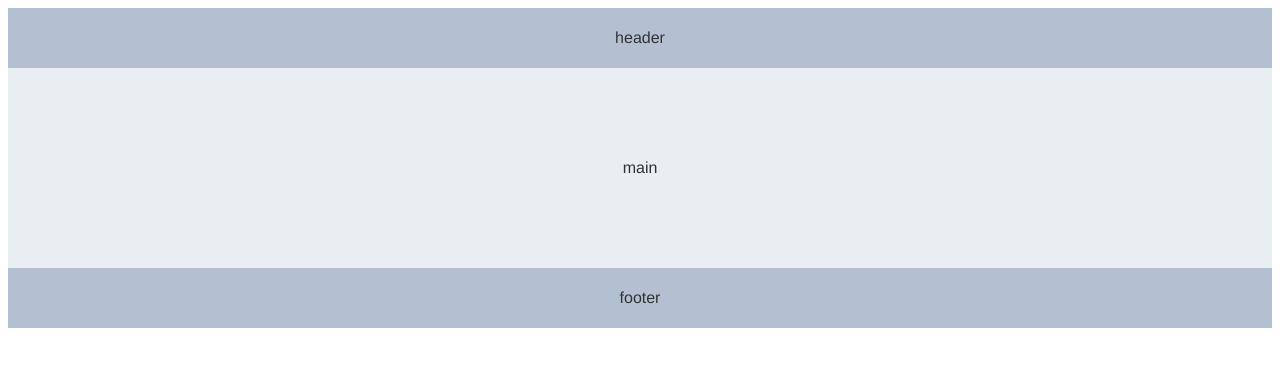
Repository: lagezhou888/element-vue2
Page: /#/button
An editor plug-in stored every save of this project. The page is shown before and after the next save, followed by the edit.
The browser window is 1280 px wide. The pictures show the whole page.
The project was rebuilt for these pictures with package versions that can differ from the ones it lists, and the page was loaded fresh each time. Also part of the build but not shown: src/components/HelloWorld.vue, src/views/Home.vue.

Above is the page before, as saved 2021-05-13 13:52:52.

### src/main.js
import Vue from 'vue'
import ElementUI from 'element-ui'
import 'element-ui/lib/theme-chalk/index.css'
import App from './App.vue'

// fade/zoom 等
import 'element-ui/lib/theme-chalk/base.css'
// collapse 展开折叠
import CollapseTransition from 'element-ui/lib/transitions/collapse-transition'

import router from './router'
import store from './store'
import '@/plugins/element.js'

Vue.component(CollapseTransition.name, CollapseTransition)
Vue.use(ElementUI, { size: 'small', zIndex: 3000 })
Vue.use(ElementUI)
Vue.config.productionTip = false

new Vue({
  router,
  store,
  render: h => h(App)
}).$mount('#app')

### src/App.vue
<template>
  <div id="app">
    <!-- <div id="nav">
      <router-link to="/">Home</router-link> |
      <router-link to="/about">About</router-link>
    </div> -->
    <router-view/>
  </div>
</template>

<style lang="less">
#app {
  font-family: Avenir, Helvetica, Arial, sans-serif;
  -webkit-font-smoothing: antialiased;
  -moz-osx-font-smoothing: grayscale;
  text-align: center;
  color: #2c3e50;
}

#nav {
  padding: 30px;

  a {
    font-weight: bold;
    color: #2c3e50;

    &.router-link-exact-active {
      color: #42b983;
    }
  }
}
</style>

### src/router/index.js
import Vue from 'vue'
import VueRouter from 'vue-router'
import Home from '../views/Home.vue'

Vue.use(VueRouter)

const routes = [
  {
    path: '/',
    name: 'Home',
    component: Home
  },
  {
    path: '/about',
    name: 'About',
    // route level code-splitting
    // this generates a separate chunk (about.[hash].js) for this route
    // which is lazy-loaded when the route is visited.
    component: () => import(/* webpackChunkName: "about" */ '../views/About.vue')
  },
  {
    path: '/button',
    name: 'button',
    component: () => import('../views/components/use-button.vue')
  }
]

const router = new VueRouter({
  routes
})

export default router

### src/plugins/element.js
import Vue from 'vue'
import {
  Pagination,
  Dialog,
  Autocomplete,
  Dropdown,
  DropdownMenu,
  DropdownItem,
  Menu,
  Submenu,
  MenuItem,
  MenuItemGroup,
  Input,
  InputNumber,
  Radio,
  RadioGroup,
  RadioButton,
  Checkbox,
  CheckboxButton,
  CheckboxGroup,
  Switch,
  Select,
  Option,
  OptionGroup,
  Button,
  ButtonGroup,
  Table,
  TableColumn,
  DatePicker,
  TimeSelect,
  TimePicker,
  Popover,
  Tooltip,
  Breadcrumb,
  BreadcrumbItem,
  Form,
  FormItem,
  Tabs,
  TabPane,
  Tag,
  Tree,
  Alert,
  Slider,
  Icon,
  Row,
  Col,
  Upload,
  Progress,
  Spinner,
  Badge,
  Card,
  Rate,
  Steps,
  Step,
  Carousel,
  CarouselItem,
  Collapse,
  CollapseItem,
  Cascader,
  ColorPicker,
  Transfer,
  Container,
  Header,
  Aside,
  Main,
  Footer,
  Timeline,
  TimelineItem,
  Link,
  Divider,
  Image,
  Calendar,
  Backtop,
  PageHeader,
  CascaderPanel,
  Loading,
  MessageBox,
  Message,
  Notification
} from 'element-ui'

Vue.use(Pagination)
Vue.use(Dialog)
Vue.use(Autocomplete)
Vue.use(Dropdown)
Vue.use(DropdownMenu)
Vue.use(DropdownItem)
Vue.use(Menu)
Vue.use(Submenu)
Vue.use(MenuItem)
Vue.use(MenuItemGroup)
Vue.use(Input)
Vue.use(InputNumber)
Vue.use(Radio)
Vue.use(RadioGroup)
Vue.use(RadioButton)
Vue.use(Checkbox)
Vue.use(CheckboxButton)
Vue.use(CheckboxGroup)
Vue.use(Switch)
Vue.use(Select)
Vue.use(Option)
Vue.use(OptionGroup)
Vue.use(Button)
Vue.use(ButtonGroup)
Vue.use(Table)
Vue.use(TableColumn)
Vue.use(DatePicker)
Vue.use(TimeSelect)
Vue.use(TimePicker)
Vue.use(Popover)
Vue.use(Tooltip)
Vue.use(Breadcrumb)
Vue.use(BreadcrumbItem)
Vue.use(Form)
Vue.use(FormItem)
Vue.use(Tabs)
Vue.use(TabPane)
Vue.use(Tag)
Vue.use(Tree)
Vue.use(Alert)
Vue.use(Slider)
Vue.use(Icon)
Vue.use(Row)
Vue.use(Col)
Vue.use(Upload)
Vue.use(Progress)
Vue.use(Spinner)
Vue.use(Badge)
Vue.use(Card)
Vue.use(Rate)
Vue.use(Steps)
Vue.use(Step)
Vue.use(Carousel)
Vue.use(CarouselItem)
Vue.use(Collapse)
Vue.use(CollapseItem)
Vue.use(Cascader)
Vue.use(ColorPicker)
Vue.use(Transfer)
Vue.use(Container)
Vue.use(Header)
Vue.use(Aside)
Vue.use(Main)
Vue.use(Footer)
Vue.use(Timeline)
Vue.use(TimelineItem)
Vue.use(Link)
Vue.use(Divider)
Vue.use(Image)
Vue.use(Calendar)
Vue.use(Backtop)
Vue.use(PageHeader)
Vue.use(CascaderPanel)

Vue.use(Loading.directive)

Vue.prototype.$loading = Loading.service
Vue.prototype.$msgbox = MessageBox
Vue.prototype.$alert = MessageBox.alert
Vue.prototype.$confirm = MessageBox.confirm
Vue.prototype.$prompt = MessageBox.prompt
Vue.prototype.$notify = Notification
Vue.prototype.$message = Message

### src/views/components/use-button.vue
<template>
  <div>
    <el-container>
        <el-header height="">
          header
        </el-header>
        <el-main height="">
          main
        </el-main>
        <el-footer height="">
          footer
        </el-footer>
    </el-container>
  </div>
</template>

<script>
export default {
  data () {
    return {
      list: [
        { name: '111', url: 'http://111' },
        { name: '111', url: 'http://111' }
      ]
    }
  },
  mounted () {
    console.log('old:' + JSON.stringify(this.list))
    this.list.forEach(element => {
      element.name += 'aaa'
    })
    console.log('new:' + JSON.stringify(this.list))
  }
}
</script>

<style lang="less" scoped>
  .el-header, .el-footer {
    background-color: #B3C0D1;
    color: #333;
    text-align: center;
    line-height: 60px;
  }

  .el-aside {
    background-color: #D3DCE6;
    color: #333;
    text-align: center;
    line-height: 200px;
  }

  .el-main {
    background-color: #E9EEF3;
    color: #333;
    text-align: center;
    line-height: 160px;
  }

  body > .el-container {
    margin-bottom: 40px;
  }

  .el-container:nth-child(5) .el-aside,
  .el-container:nth-child(6) .el-aside {
    line-height: 260px;
  }

  .el-container:nth-child(7) .el-aside {
    line-height: 320px;
  }
</style>

Loaded but not shown: public/index.html (common file); src/store/index.js (common file)

After the next save:
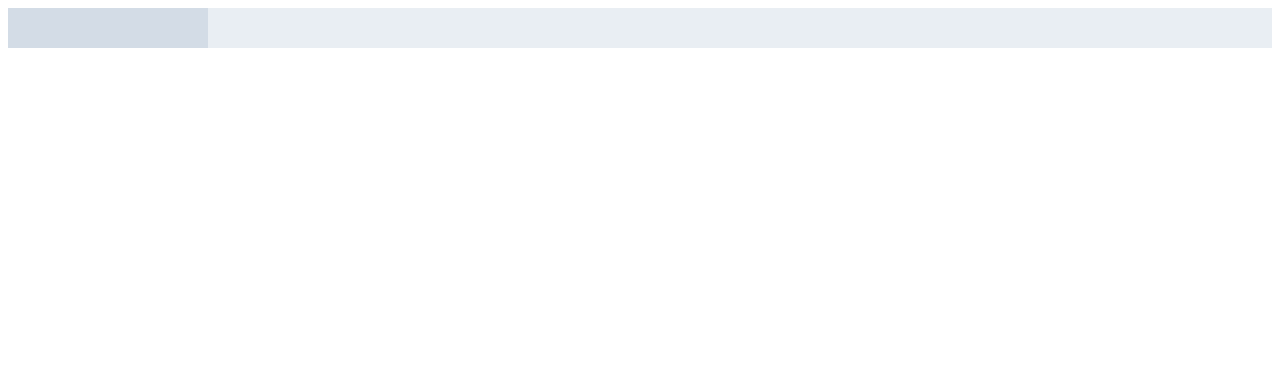
Saved 2 min 35 s later.
--- a/src/views/components/use-button.vue
+++ b/src/views/components/use-button.vue
@@ -1,15 +1,19 @@
 <template>
   <div>
-    <el-container>
-        <el-header height="">
-          header
-        </el-header>
-        <el-main height="">
-          main
-        </el-main>
-        <el-footer height="">
-          footer
-        </el-footer>
+    <el-container :direction="vertical">
+      <el-aside width="200px">
+          <!-- Aside content -->
+      </el-aside>
+      <el-container :direction="horizontal">
+        <el-container :direction="vertical">
+          <el-main height="">
+            <!-- Main content -->
+          </el-main>
+          <el-footer height="">
+            <!-- Footer content -->
+          </el-footer>
+        </el-container>
+      </el-container>
     </el-container>
   </div>
 </template>
